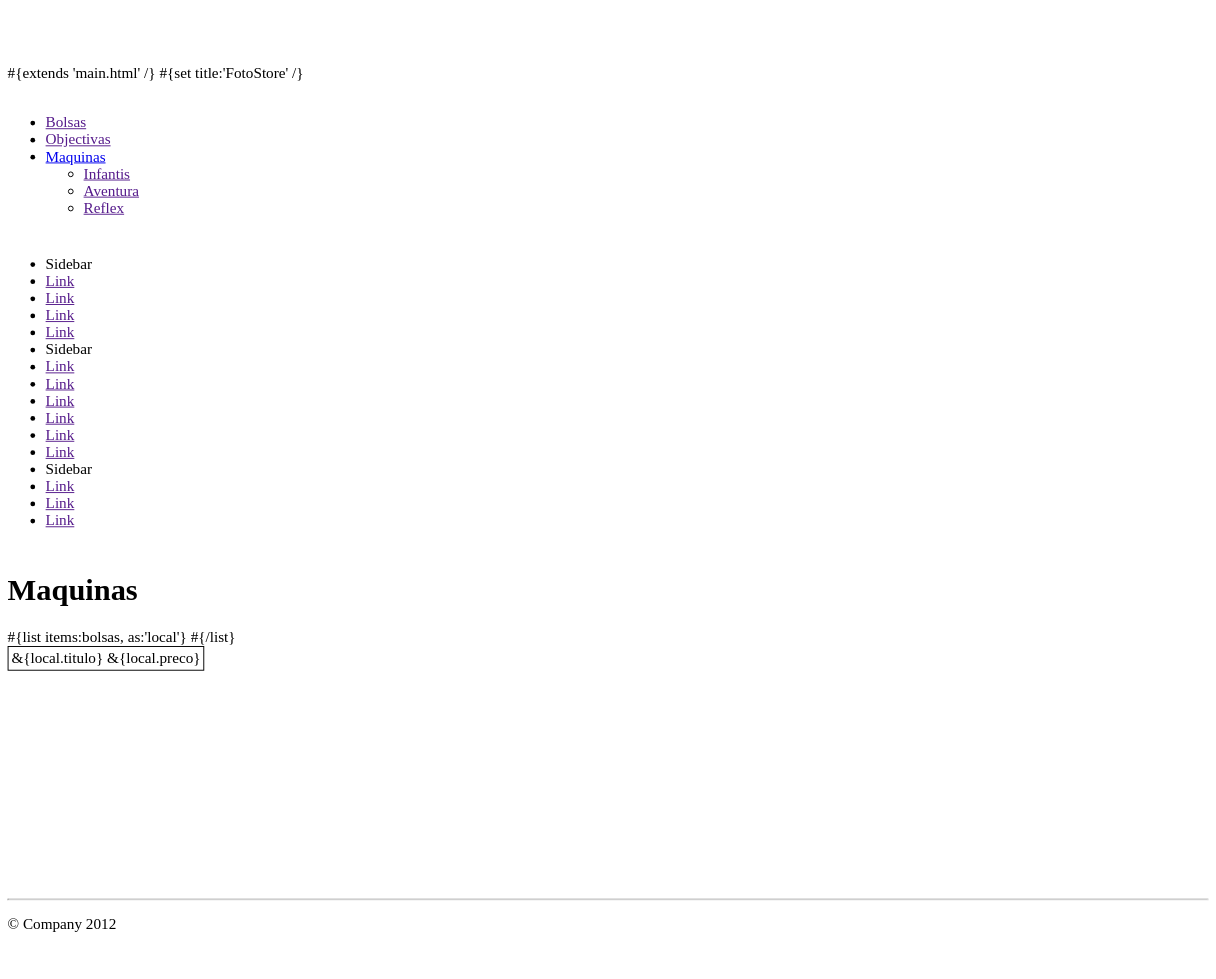
Repository: joaoA/webStore
Page: fotoStore/app/views/Application/exampleAventura.html
The author's editor kept a copy of each file at every save. The page is drawn from the files as they stood at one save, then again after the next save.
The browser window is 1280 px wide. The pictures show the whole page, at 95% of full size.

Above is the page before, as saved 2012-12-17 15:14:11.

### fotoStore/app/views/Application/exampleAventura.html
#{extends 'main.html' /}
#{set title:'FotoStore' /}


    <style type="text/css">
      body {
        padding-top: 60px;
        padding-bottom: 40px;
      }
      .sidebar-nav {
        padding: 9px 0;
      }
    </style>

    <div class="navbar navbar-inverse navbar-fixed-top">
      <div class="navbar-inner">
        <div class="container-fluid">
          <a class="btn btn-navbar" data-toggle="collapse" data-target=".nav-collapse">
            <span class="icon-bar"></span>
            <span class="icon-bar"></span>
            <span class="icon-bar"></span>
          </a>
          <a class="brand" style="color:#FFFFFF;" href="///home/joao/Desktop/ws_example_page/first_page_example.html">Foto Store</a>
          <div class="nav-collapse collapse">
            <ul class="nav">
              <!--<li class="active"><a href="#">Home</a></li>-->
              <li><a href="">Bolsas</a></li>
              <li><a href="">Objectivas</a></li>
               <li class="dropdown">
                <a href="#" class="dropdown-toggle" data-toggle="dropdown">Maquinas<b class="caret"></b></a>
                <ul class="dropdown-menu">
                  <li><a href="">Infantis</a></li>
                  <li><a href="">Aventura</a></li>
                  <li><a href="">Reflex</a></li>

                </ul>
              </li>

            </ul>
          </div><!--/.nav-collapse -->
        </div>
      </div>
    </div>

    <div class="container-fluid">
      <div class="row-fluid">
        <div class="span3">
          <div class="well sidebar-nav">
            <ul class="nav nav-list">
              <li class="nav-header">Sidebar</li>
              <li class="active"><a href="">Link</a></li>
              <li><a href="">Link</a></li>
              <li><a href="">Link</a></li>
              <li><a href="">Link</a></li>
              <li class="nav-header">Sidebar</li>
              <li><a href="">Link</a></li>
              <li><a href="">Link</a></li>
              <li><a href="">Link</a></li>
              <li><a href="">Link</a></li>
              <li><a href="">Link</a></li>
              <li><a href="">Link</a></li>
              <li class="nav-header">Sidebar</li>
              <li><a href="">Link</a></li>
              <li><a href="">Link</a></li>
              <li><a href="">Link</a></li>
            </ul>
          </div><!--/.well -->
        </div><!--/span-->
        <div class="span9">
          <div class="hero-unit" style = "height:335px">
              <div class="span6">
				<h1>Maquinas</h1>
				<table style="border:1px solid black;">
					<tbody>
						#{list items:bolsas, as:'local'}
						    <tr>
						      <td>&{local.titulo}</td>
						      <td>&{local.preco}</td>
						    </tr>
						#{/list}
					</tbody>
				</table>
          </div>

        </div><!--/span-->
      </div><!--/row-->

      <hr>

      <footer>
        <p>© Company 2012</p>
      </footer>

    </div><!--/.fluid-container-->

After the next save:
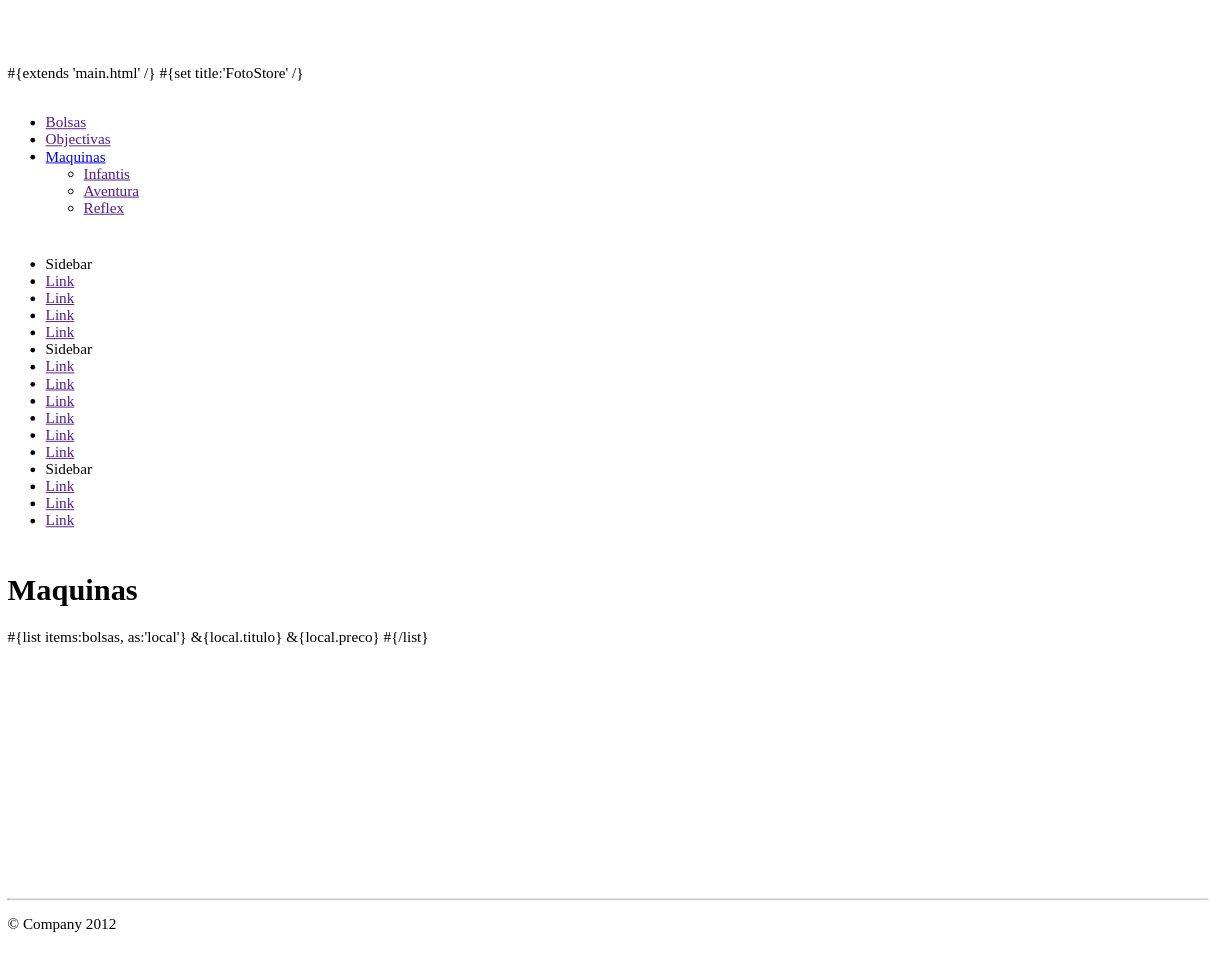
Saved 20 s later.
--- a/fotoStore/app/views/Application/exampleAventura.html
+++ b/fotoStore/app/views/Application/exampleAventura.html
@@ -70,10 +70,10 @@
           <div class="hero-unit" style = "height:335px">
               <div class="span6">
 				<h1>Maquinas</h1>
-				<table style="border:1px solid black;">
+				<table">
 					<tbody>
 						#{list items:bolsas, as:'local'}
-						    <tr>
+						    <tr style="border:1px solid black;">
 						      <td>&{local.titulo}</td>
 						      <td>&{local.preco}</td>
 						    </tr>

After the save that followed:
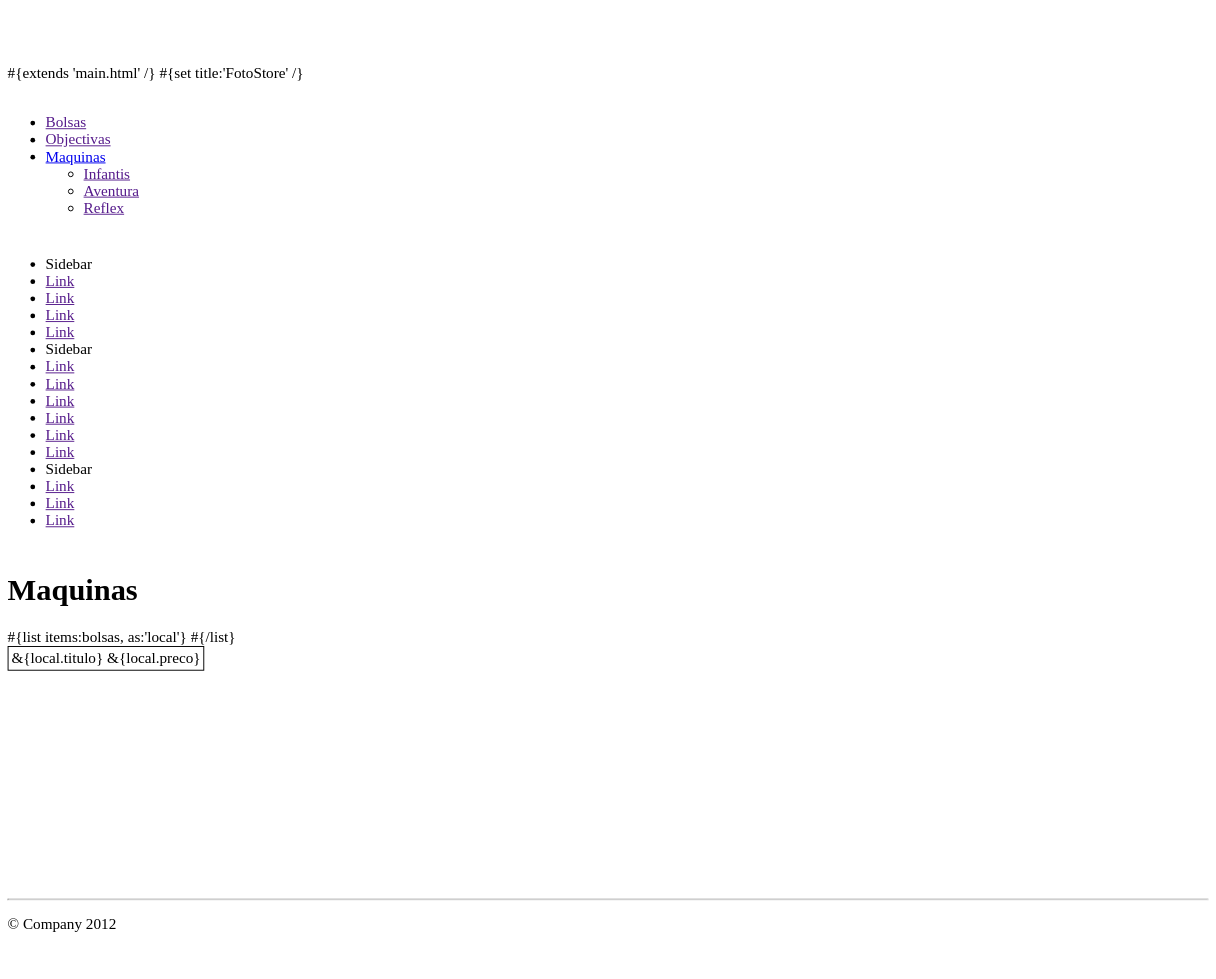
Saved 22 s later.
--- a/fotoStore/app/views/Application/exampleAventura.html
+++ b/fotoStore/app/views/Application/exampleAventura.html
@@ -70,10 +70,10 @@
           <div class="hero-unit" style = "height:335px">
               <div class="span6">
 				<h1>Maquinas</h1>
-				<table">
+				<table style="border:1px solid black;">
 					<tbody>
 						#{list items:bolsas, as:'local'}
-						    <tr style="border:1px solid black;">
+						    <tr>
 						      <td>&{local.titulo}</td>
 						      <td>&{local.preco}</td>
 						    </tr>
